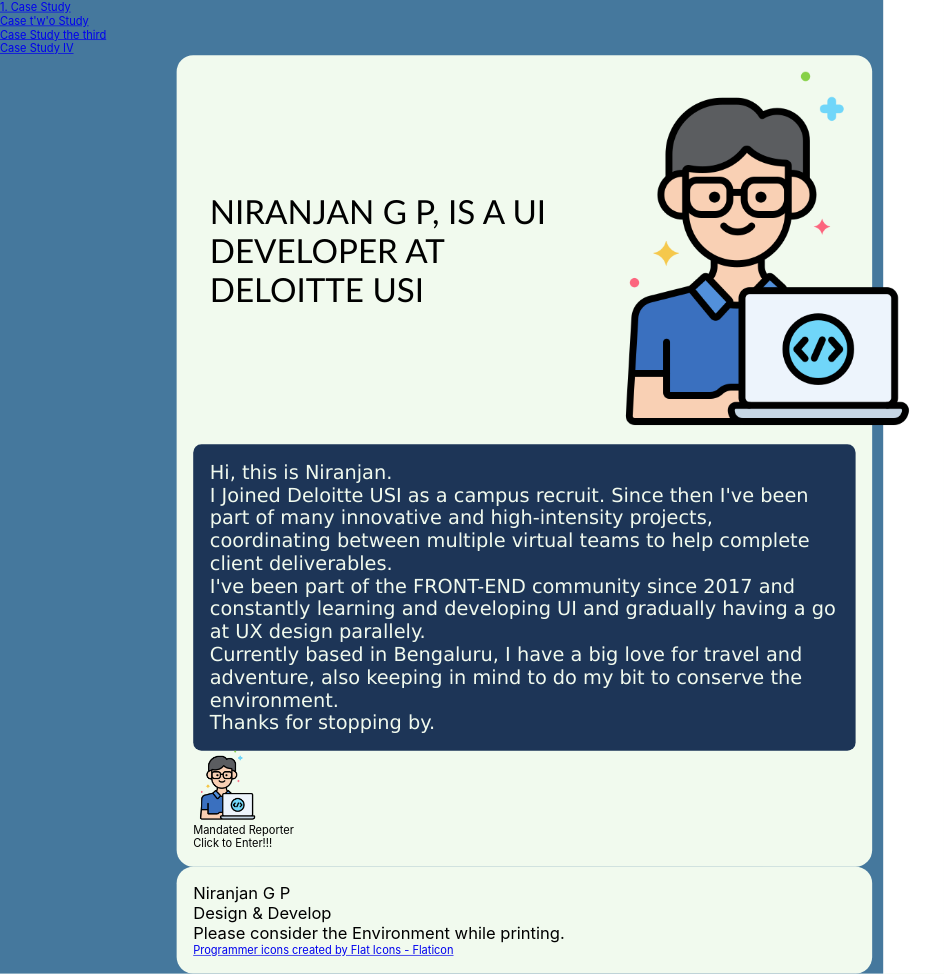
Repository: niranjangp/portfolioReact
Page: /
An editor plug-in stored every save of this project. The page is shown before and after the next save, followed by the edit.
The browser window is 1280 px wide. The page is 1368 px wide, so the pictures cover 1368 px, including what lies to the right of the window. The pictures show the whole page, at 69% of full size.
The project was rebuilt for these pictures with package versions that can differ from the ones it lists, and the page was loaded fresh each time. Also part of the build but not shown: src/pages/csOne.jsx, src/pages/notFound.jsx.

Above is the page before, as saved 2022-01-31 20:31:57.

After the next save:
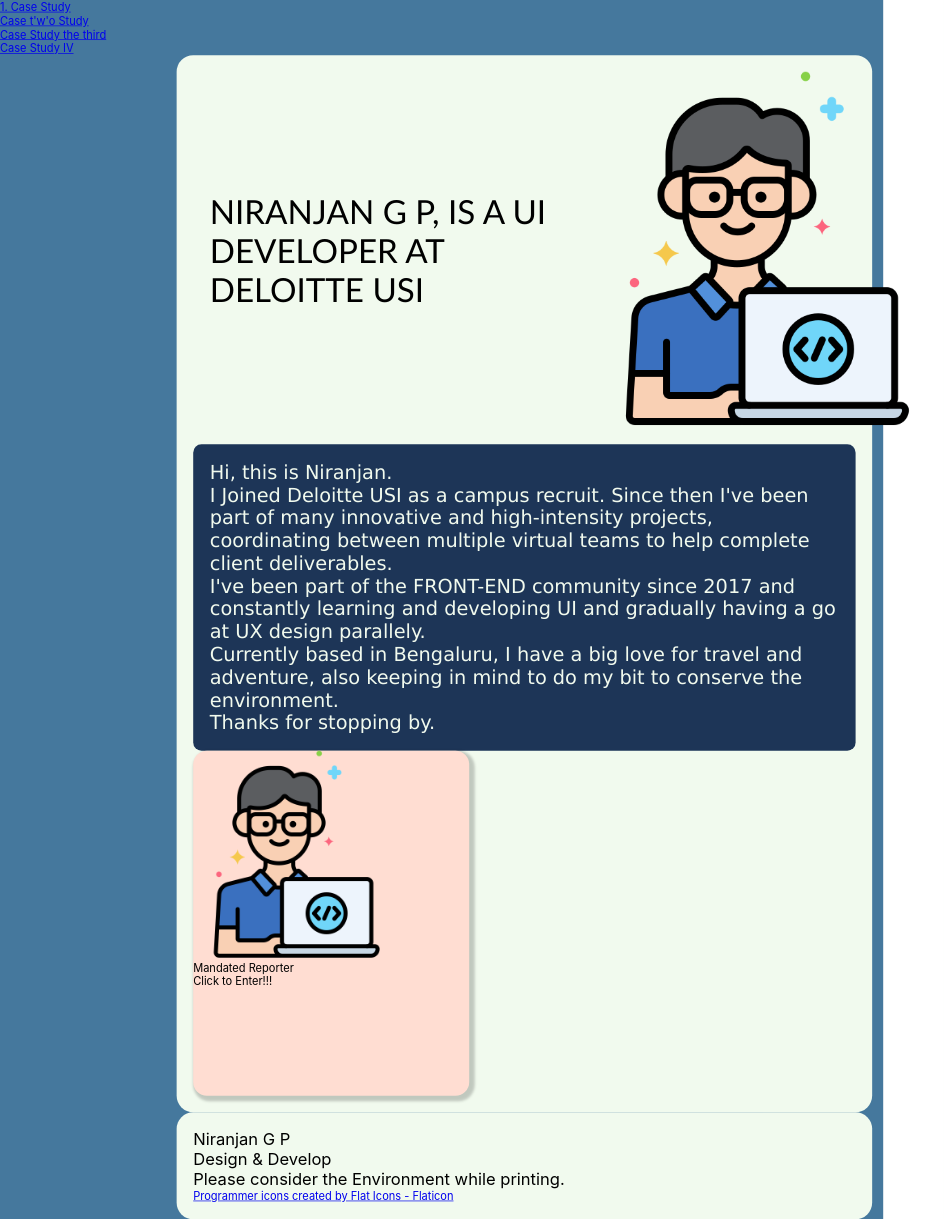
Saved 12 min 23 s later.
--- a/src/App.css
+++ b/src/App.css
@@ -57,8 +57,20 @@
   font-weight: bold;
 }
 
+.card {
+  width: 400px;
+  height: 500px;
+  background-color: #ffddd2;
+  border-radius: 20px;
+  box-shadow: 4px 4px 4px 4px rgba(0, 0, 0, 0.2);
+}
+
+.card:hover {
+  box-shadow: 4px 4px 4px 8px rgba(0, 0, 0, 0.2);
+}
+
 .card-icon {
-  width: 100px;
+  width: 300px;
 }
 
 footer {
